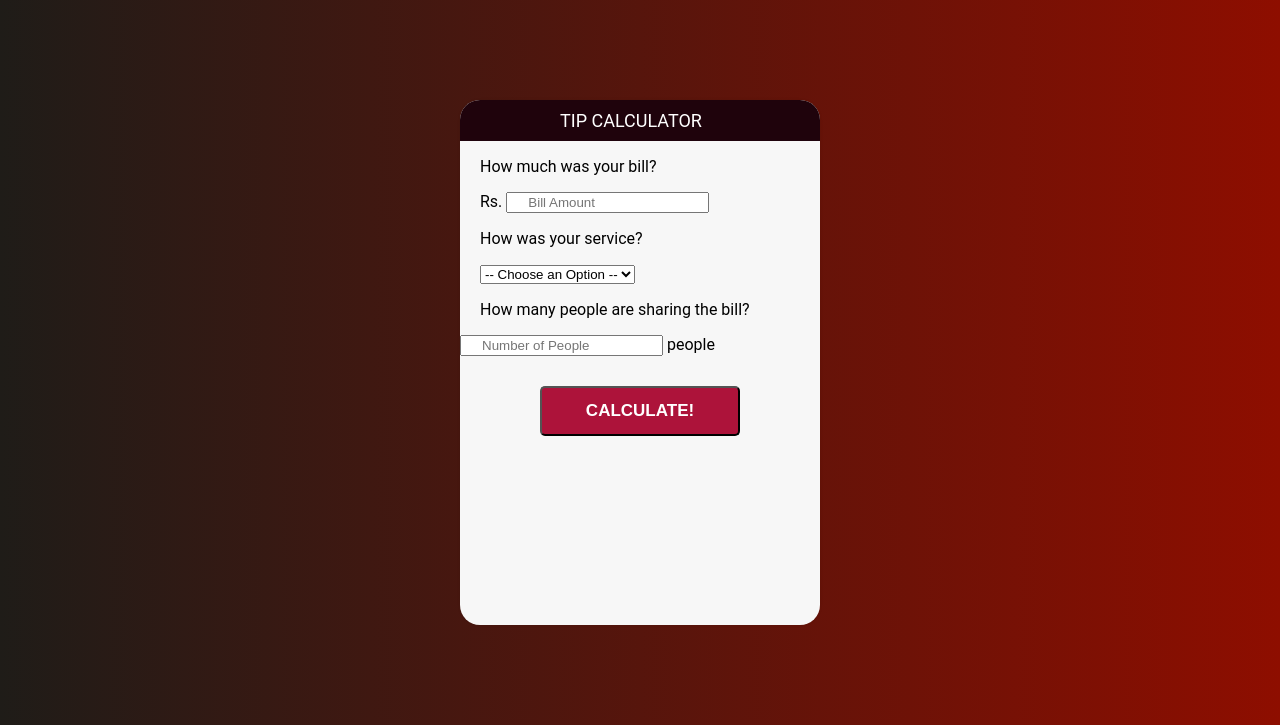
Repository: RPSKumara/DPEdudationPyhton
Page: TipCalculator/index.html
An editor plug-in stored every save of this project. The page is shown before and after the next save, followed by the edit.
The browser window is 1280 px wide. The pictures show the whole page.

Above is the page before, as saved 2022-04-22 09:38:11.

### TipCalculator/index.html
<!DOCTYPE html>
<html lang="en">
	<head>
		<meta charset="UTF-8" />
		<meta http-equiv="X-UA-Compatible" content="IE=edge" />
		<meta name="viewport" content="width=device-width, initial-scale=1.0" />
		<link rel="stylesheet" href="style.css" />
		<title>Tip Calculator</title>
	</head>
	<body>
		<div id="container">
			<h1>Tip Calculator</h1>
			<div id="calculator">
				<form>
					<p>How much was your bill?</p>
					<p>
						Rs. <input id="billAmount" type="text" placeholder="Bill Amount" />
					</p>

					<p>How was your service?</p>
					<p>
						<select id="serviceQuality">
							<option disabled selected value="0">
								-- Choose an Option --
							</option>
							<option value="0.3">30&#37; &#45; Outstanding</option>
							<option value="0.2">20&#37; &#45; Good</option>
							<option value="0.15">15&#37; &#45; It was OK</option>
							<option value="0.1">10&#37; &#45; Bad</option>
							<option value="0.05">5&#37; &#45; Terrible</option>
						</select>
					</p>
				</form>

				<p>How many people are sharing the bill?</p>
				<input id="peopleAmount" type="text" placeholder="Number of People" />
				people
				<button type="button" id="calculate">Calculate!</button>
			</div>
			<!--calculator end-->
			<div id="totalTip">
				<sup>Rs.</sup><span id="tip">0.00</span>
				<small id="each">each</small>
			</div>
			<!--totalTip end-->
		</div>
		<!--container end-->
		<script src="script.js"></script>
	</body>
</html>

### TipCalculator/style.css
body {
    font-family: Roboto;
    background: #8E0E00;
    /* fallback for old browsers */
    background: -webkit-linear-gradient(to left, #8E0E00, #1F1C18);
    /* Chrome 10-25, Safari 5.1-6 */
    background: linear-gradient(to left, #8E0E00, #1F1C18);
    /* W3C, IE 10+/ Edge, Firefox 16+, Chrome 26+, Opera 12+, Safari 7+ */
  }

  #container {
    height: 525px;
    width: 360px;
    margin: 100px auto;
    background: #f7f7f7;
    box-shadow: 0 0 3px rgba(0, 0, 0, 0.1);
    border-radius: 20px;
    -webkit-border-radius: 20px;
    -moz-border-radius: 20px;
  }

  h1 {
    background: #1F030C;
    color: white;
    margin: 0;
    padding: 10px 100px;
    text-transform: uppercase;
    font-size: 18px;
    font-weight: normal;
    border-top-left-radius: 20px;
    border-top-right-radius: 20px;
  }

  p {
    padding-left: 20px;
  }

  form input[type="text"] {
    width=90px;
  }

  input {
    padding-left: 20px;
  }

  #billamt {
    font-size: 14px;
    /*color: #2980b9;*/
    color: #red;
    background-color: #f7f7f7;
    width: 60%;
    padding: 5px 5px 8px 8px;
  }

  #billamt:focus {
    background: #fff;
    border: 3px solid #2980b9;
    outline: none;
  }

  #peopleamt {
    width: 60%;
    padding: 5px 5px 8px 8px;
    margin-left: 20px;
    color: #red;
    background-color: #f7f7f7;
    font-size: 14px;
  }

  .dollarSign {
    display: inline;
  }

  #serviceQual {
    padding: 13px 13px 20px 20px;
    margin-left: 20px;
    font-size: 25px;
  }

  button {
    text-transform: uppercase;
    font-weight: bold;
    display: block;
    margin: 30px auto;
    background: #AD133A;
    border-radius: 5px;
    width: 200px;
    height: 50px;
    font-size: 17px;
    color: white;
  }

  button:hover {
    background: #4c2827;
    border-bottom-color: #111;
  }

  button:active {
    position: relative;
    top: 1px;
  }

  #totalTip {
    font-size: 30px;
    margin-top: 5px;
    text-align: center;
  }

  #totalTip:before {
    content: "Tip amount";
    font-size: 20px;
    font-weight: bold;
    display: block;
    text-transform: uppercase;
  }

  #totalTip sup {
    font-size: 20px;
    top: -18px;
  }

  #totalTip small {
    font-size: 20px;
    font-weight: bold;
    display: block;
  }

### TipCalculator/script.js
//Calculate Tip
function calculateTip() {
	var billAmount = document.getElementById('billAmount').value;
	var serviceQuality = document.getElementById('serviceQuality').value;
	var numberOfPeople = document.getElementById('peopleAmount').value;

	//validate input
	if (billAmount === '' || serviceQuality == 0) {
		alert('Please enter values');
		return;
	}
	//Check to see if this input is empty or less than or equal to 1
	if (numberOfPeople === '' || numberOfPeople <= 1) {
		numberOfPeople = 1;
		document.getElementById('each').style.display = 'none';
	} else {
		document.getElementById('each').style.display = 'block';
	}

	//Calculate tip
	var total = (billAmount * serviceQuality) / numberOfPeople;
	//round to two decimal places
	total = Math.round(total * 100) / 100;
	//next line allows us to always have two digits after decimal point
	total = total.toFixed(2);
	//Display the tip
	document.getElementById('totalTip').style.display = 'block';
	document.getElementById('tip').innerHTML = total;
}

//Hide the tip amount on load
document.getElementById('totalTip').style.display = 'none';
document.getElementById('each').style.display = 'none';

//click to call function
document.getElementById('calculate').onclick = function () {
	calculateTip();
};

After the next save:
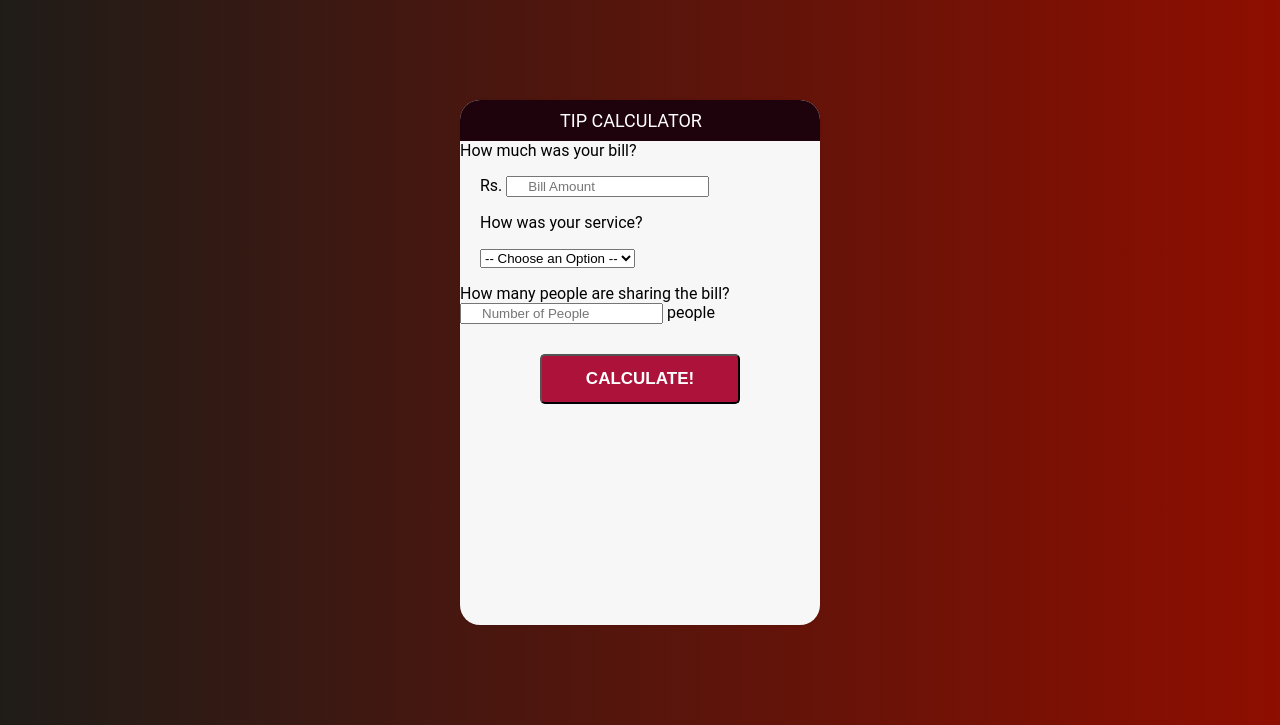
Saved 40 s later.
--- a/TipCalculator/index.html
+++ b/TipCalculator/index.html
@@ -12,7 +12,7 @@
 			<h1>Tip Calculator</h1>
 			<div id="calculator">
 				<form>
-					<p>How much was your bill?</p>
+					<label for="billAmount">How much was your bill?</label>
 					<p>
 						Rs. <input id="billAmount" type="text" placeholder="Bill Amount" />
 					</p>
@@ -32,7 +32,7 @@
 					</p>
 				</form>
 
-				<p>How many people are sharing the bill?</p>
+				<label for="peopleAmount">How many people are sharing the bill?</label>
 				<input id="peopleAmount" type="text" placeholder="Number of People" />
 				people
 				<button type="button" id="calculate">Calculate!</button>
